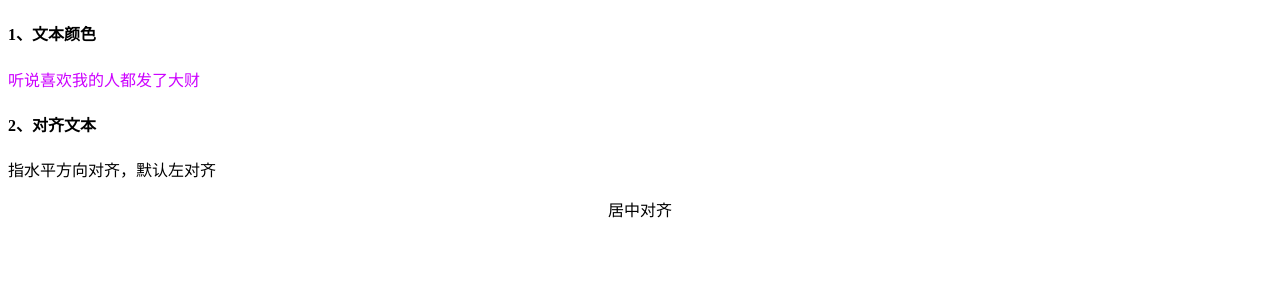
Repository: zhengdeya/web-based
Page: 14-CSS文本属性.html
These files come from the project's save history. The page is drawn as it stood at one moment and after the next save; the edit follows.
The browser window is 1280 px wide. The pictures show the whole page.

Above is the page before, as saved 2021-03-28 14:52:31.

### 14-CSS文本属性.html
<!DOCTYPE html>
<html lang="en">
<head>
    <meta charset="UTF-8">
    <meta http-equiv="X-UA-Compatible" content="IE=edge">
    <meta name="viewport" content="width=device-width, initial-scale=1.0">
    <title>CSS文本属性</title>
    <style>
        .color1 {
            /* 设置文本颜色 */
            /* color: pink;预定义的颜色值 */
            color: #cc00ff;/*十六进制用的最多*/
            /* color: rgb(255,0,0);RGB代码 */
        }

        /* 对齐文本 */
        .Tcenter {
            text-align: center;
        }
    </style>
</head>
<body>
    <h4>1、文本颜色</h4>
    <div class="color1">听说喜欢我的人都发了大财</div>
    <h4>2、对齐文本</h4>
    <p>指水平方向对齐，默认左对齐</p>
    <div>
        <p class="Tcenter">居中对齐</p>
    </div>
</body>
</html>

After the next save:
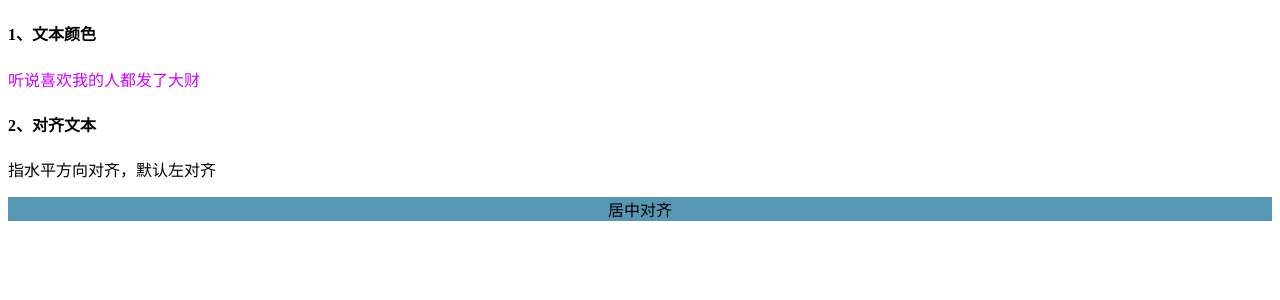
Saved 76 s later.
--- a/14-CSS文本属性.html
+++ b/14-CSS文本属性.html
@@ -6,6 +6,9 @@
     <meta name="viewport" content="width=device-width, initial-scale=1.0">
     <title>CSS文本属性</title>
     <style>
+        .Bcolor {
+            background-color: rgb(87, 151, 180);
+        }
         .color1 {
             /* 设置文本颜色 */
             /* color: pink;预定义的颜色值 */
@@ -25,7 +28,7 @@
     <h4>2、对齐文本</h4>
     <p>指水平方向对齐，默认左对齐</p>
     <div>
-        <p class="Tcenter">居中对齐</p>
+        <p class="Bcolor Tcenter">居中对齐</p>
     </div>
 </body>
 </html>
